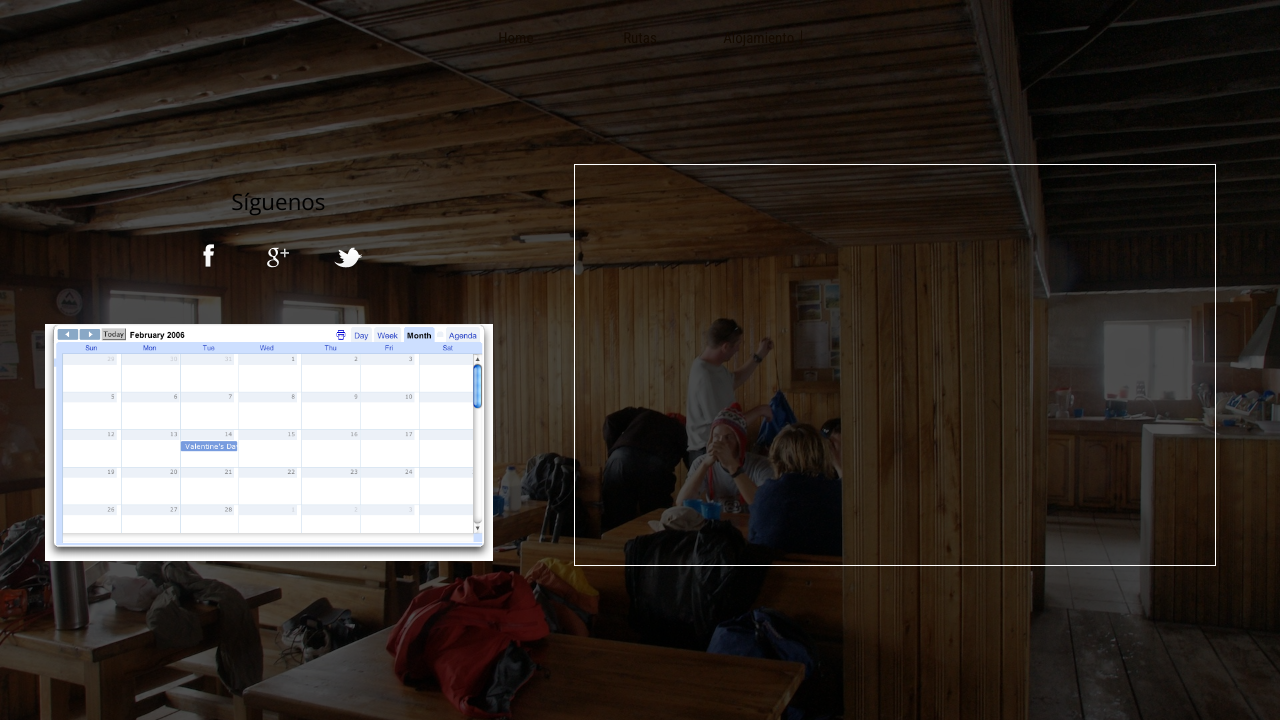
Repository: Croqueta-OPS/proyecto-pyrenees
Page: alojamiento.html
The author's editor kept a record of every edit. The page is drawn from the files as they stood at one moment, then again after the next edit.
The browser window is 1280 px wide. The pictures show the whole page.

Above is the page before.

### alojamiento.html
<!DOCTYPE html>
<html lang="es">

	<head>
		<meta charset="utf-8">
		<title>Pyrenoise - Alojamiento</title>

	    <link rel="stylesheet" href="css/menu.css">
        <link rel="stylesheet" href="css/camping.css">

	    <link href='https://fonts.googleapis.com/css?family=Roboto+Condensed:400,700|Open+Sans' rel='stylesheet' type='text/css'>

    </head>

	<body>

	    <img class="fondoNegro" src="../img/fondo_negro.png" />

		<div class="container">

    		<div class="navegador">

    			<label for="show-menu" class="show-menu">Menú</label>
    			<input type="checkbox" id="show-menu" role="button">

    			<ul id="menu">

    				<li><a href="#">Home</a></li>
    				<li><a href="rutas.html">Rutas</a></li>

    				<li class="visible">

    					<a href="#">Alojamiento ￬</a>

    					<ul class="hidden">
    						<li><a href="#">Camping</a></li>
    						<li><a href="#">Refugio</a></li>
    					</ul>

    				</li>

    				<li class="escondido"><a href="#">Camping</a></li>
    				<li class="escondido"><a href="#">Refugio</a></li>

    			</ul>

    		</div>

    		<div class="leftContainer">

    		    <div class="redesSociales">

    		        <p>Síguenos</p>

    		        <div class="imgRedes">

    		            <img src="../img/facebook.png" />
    		            <img src="../img/google+.png" />
    		            <img src="../img/twitter.png" />

    		        </div>

    		    </div>

    		    <div class="calendario">
    		        <img src="../img/google-calendar-february.png" />
    		    </div>

    		</div>

    		<div class="rightContainer">

    		</div>

		</div>

	</body>

</html>

### css/menu.css
/*Aquí comienzan los estilos del navegador--------------------*/
.navegador{
    width: 100%;
    height: 100px;
	z-index: 999;
	position: relative;
}

/*Strip the ul of padding and list styling*/
.navegador ul {
	list-style-type:none;
	padding:0;
	text-align: center;
	position: absolute;
}

#menu{
	width: 100%;
}

.escondido{
    display:none;
}

/*Crea una lista horizontal con el margen*/
li {
	display:inline-block;
}

/*Estilos para los enlaces del menú*/
li a {
	display:block;
	min-width:120px;
	height: 40px;
	line-height: 50px;
	font-family: 'Roboto Condensed', sans-serif;
	font-size: 15px;
	font-weight: 400;
	color: #140A00;
	text-decoration: none;
	-webkit-transition: all 0.2s ease-in-out 0s;
	transition: all 0.2s ease-in-out 0s;
}

/*Estilo Hover para los enlaces principales*/
li:hover a {
	color: #FFFFD1;
}

/*Estilo hover para los botones secundarios*/
li:hover ul a {
	color: #fff;
	height: 30px;
	line-height: 30px;
}

/*Hover para los enlaces secundarios*/
li:hover ul a:hover {
	color: #FFFFD1;
}

/*Esconder los botones secundarios*/
li ul {
   display: none;
}

/*Hacer los botones extensibles que se muestren en vertical*/
li ul li {
    width: 10%;
	display: block;
	float: none;
}

/*Evitar que el texto se monte*/
li ul li a {
	width: auto;
	min-width: 80px;
	padding: 0 20px;
}

/*Mostrar los enlaces extensibles*/
ul li a:hover + .hidden, .hidden:hover {
	display: block;
}

/*Estilo para el botón 'muestra menú'*/
.show-menu {
	font-family: "Helvetica Neue", Helvetica, Arial, sans-serif;
	text-decoration: none;
	color: #fff;
	background: #19c589;
	text-align: center;
	padding: 10px 0;
	display: none;
}

/*Ocultar checkbox*/
input[type=checkbox]{
    display: none;
}

/*Show menu when invisible checkbox is checked*/
input[type=checkbox]:checked ~ #menu{
    display: block;
}
/*************************************************/

/*Estilos para que el menú sea Responsive*/
@media screen and (max-width : 600px){
    body{
    	background-image: url(../img/mountain1.jpg);
    }

    .navegador {
    	width: 100%;
    	margin-left: 0;
    	z-index:1001;
    }

    .navegador ul {
        width: 100%;
        margin: 0 auto;
    	list-style-type:none;
    	padding:0;
    	position: absolute;
    }

	/*Hacer que los botones aparezcan en línea*/
	ul {
		position: static;
		display: none;
	}
	/*Crea un espaciado vertical*/
	li {
		margin-bottom: 1px;
	}
	/*Damos una anchura total a todos los elementos del menú*/
	ul li, li a {
		width: 100%;
	}
	/*Muestra los enlaces de 'show menu'*/
	.show-menu {
		display:block;
	}
	li a {
		background-color: #2f3036;
	}
	li:hover a {
		background-color: #f3f3f3;
		color: #FFFFD1;
	}

    .escondido{
        display:block;
    }
    .visible{
        display:none;
    }
}

### css/camping.css
html, body {
    height: 100%;
    margin: 0;
    padding: 0;
    font-family: 'Open Sans', sans-serif;
}

body {
    background-image: url('../img/refugio.jpg');
    background-size: 100%;
    background-repeat: no-repeat;
}

.navegador {
    margin-top: 0;
}

.navegador ul {
    margin-top: 1%;
}

.fondoNegro {
    position: absolute;
    -webkit-filter: opacity(0.7);
    width: 100%;
    height: 100%;
}

.container {
    position: relative;
}

.leftContainer {
    margin-top: 5%;
    width: 35%;
    float: left;
    margin-left: 2.5%;
    height: 400px;
}

.rightContainer {
    margin-top: 5%;
    width: 50%;
    float: right;
    margin-right: 5%;
    height: 400px;
    border: 1px solid white;
}

.redesSociales {
    width: 90%;
    margin-left: 10%;
    font-size: 140%;
    text-align: center;
}

.redesSociales img {
    padding: 0 4%;
}

.calendario {
    margin-top: 10%;
}

.calendario img {
    margin-left: 3%;
    width: 100%;
}



@media screen and (max-width : 600px){





}

After the next edit:
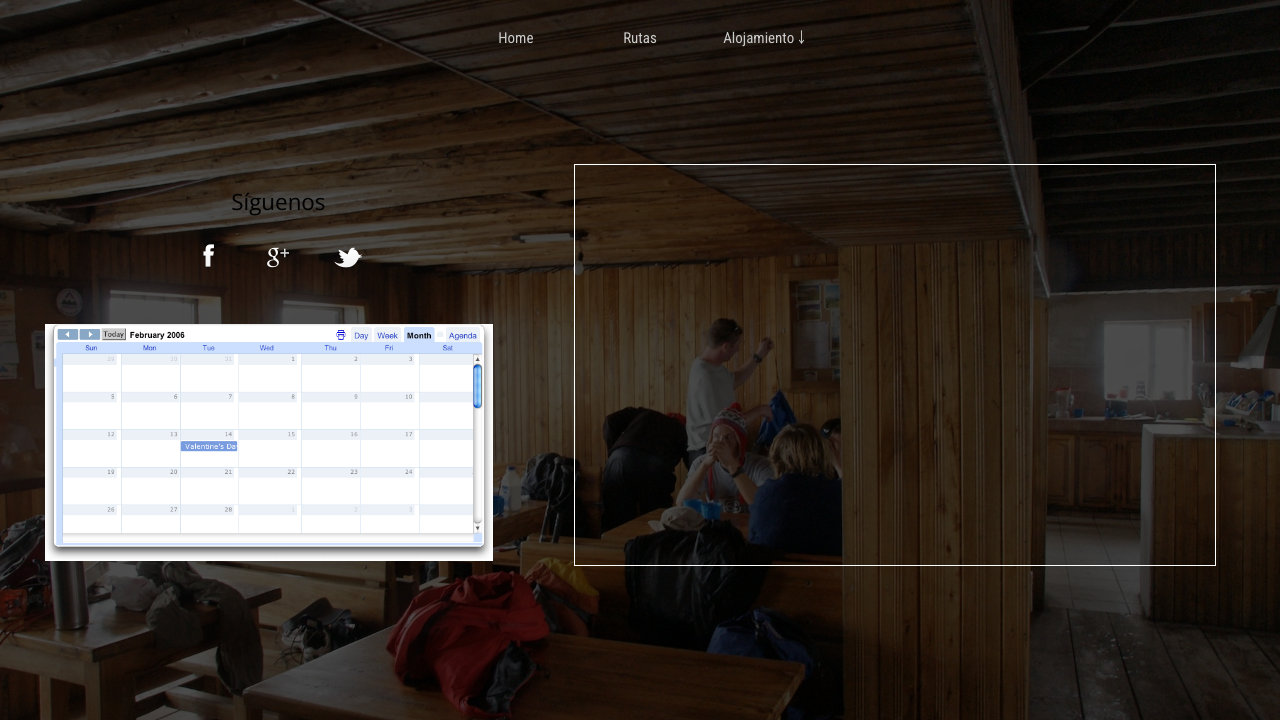
The edit:
--- a/css/camping.css
+++ b/css/camping.css
@@ -17,6 +17,10 @@
 
 .navegador ul {
     margin-top: 1%;
+}
+
+.navegador a {
+    color: #CCCCCC;
 }
 
 .fondoNegro {
